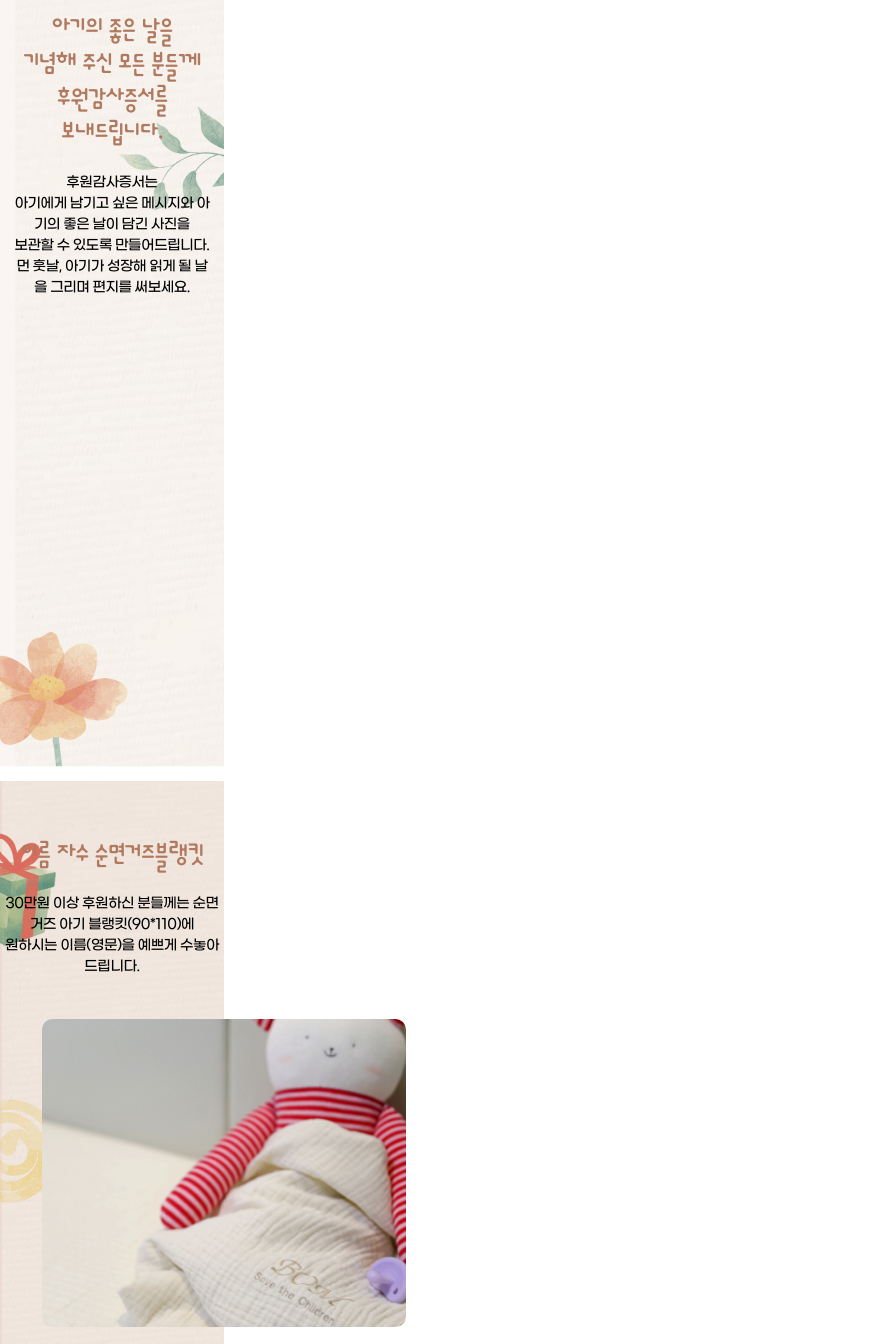
Repository: dlgywls1130/save_the_m320
Page: index.html
These files come from the project's save history. The page is drawn as it stood at one moment and after the next save; the edit follows.
The browser window is 1280 px wide. The pictures show the part of the page from y = 2024 to 3944 px (the page is 8180 px tall), at 70% of full size.

Above is the page before, as saved 2023-12-21 01:19:44.

### index.html
<!DOCTYPE html>
<html lang="en">
<head>
    <meta charset="UTF-8">
    <meta name="viewport" content="width=device-width, initial-scale=1.0">
    <title>세이브더칠드런</title>

    <link rel="stylesheet" href="./css/reset.css">
    <link rel="stylesheet" href="./css/style.css">

</head>
<body>
    <div class="content_body">
        <section class="section_wrapper section01">
            <div class="se01 se_wrapper">
                <div class="seo01_mobile_wrapp">
                    <div class="se01_sub">
                        <div class="sub_logo">
                            <img src="./img/logo01.png" alt="logo">
                        </div>
                        <p>우리 아기 좋은 날 기부</p>
                    </div>
                    <p class="seo01_title">
                        아가야,
                    </p>
                    <p class="seo01_title_two">
                        너의 <span id="rollingText">탄생</span> 순간을 축하해!
                    </p>
                </div>
                <div class="seo01_mobile_wrapp_bottom">
                    <p class="section_descript mb-45">
                        아이의 건강과 행복을
                        <br>바라는 마음을 담아,
                        <br>탄생, 백일, 첫 걸음마, 첫돌 등
                        <br>내 아이의 소중한 순간을
                        <br>기부로 기념해보세요.
                        <br>함께 자라나는 다른 아이들
                        <br>에게도 큰 축복이 됩니다..
                    </p>

                    <a class="donation_link" href="javascript:void(0)">우리 아기 좋은 날 기부</a>
                </div>

            </div>
        </section>
        <section class="section_wrapper section02">
            <div class="se02 se_wrapper">
                <div class="postit_wrapper">
                    <div class="postit postit01">
                        <p>우리 아들 우현이의<br>
                        200일을 축하해.<br>
                        <span>건강하게 자라줘서 고마워 <img src="./img/heart.png"></span>
                        늘 사랑받고 받은 사랑만큼<br>
                        베풀 수 있는 건강하고<br>
                        멋진 아들이 되길 바래!</p>
                    </div>
                    <div class="postit postit02">
                        <p>우리 새로아<Br>
                        백일 동안 무럭무럭 자라줘서<Br>
                        고마워~앞으로도 건강하고<Br>
                        우리 같이 재미있게 많이 놀자.<Br>
                        엄마,아빠가 많이 사랑해.</p>
                    </div>

                    <div class="postit postit05">
                        <p>사랑하는 도현이의<br>
                        첫 어린이날과 첫돌을<br>
                        기념하며, <br>
                        이웃을 사랑하는<br>
                        멋진 사람으로 자라길</p>

                    </div>
                    <!-- <div class="postit postit04">
                        <p>보미야<br>
                        첫 번째 생일 축하해<br>
                        너의 존재가 온 세상에<br>
                        봄이길 바랄게!   </p>
                    </div> -->

                    <!-- <div class="postit postit03">
                        <p>서진아<br>
                        우리에게 와줘서 고마워<br>
                        건강하고 행복하게 자라렴.<br>
                        사랑해♡      </p>
                    </div> -->

                </div>

            </div>
        </section>
        <section class="section_wrapper section03">
            <div class="se_wrapper se03">
                <div class="se_title_co">
                    아기의 좋은 날을<br> 기념해 주신 모든 분들께
                    <br>후원감사증서를 <br> 보내드립니다.
                </div>
                <div class="se_sub_co">
                    후원감사증서는<Br> 아기에게 남기고 싶은 메시지와 아기의 좋은 날이 담긴 사진을<br> 보관할 수 있도록
                    만들어드립니다.<br> 먼 훗날, 아기가 성장해 읽게 될 날을 그리며 편지를 써보세요.
                </div>
            </div>

        </section>
        <section class="section_wrapper section04">
            <div class="se_wrapper se04">
                <div class="se_title_co">
                    이름 자수 순면거즈블랭킷
                </div>
                <div class="se_sub_co">
                    30만원 이상 후원하신 분들께는 순면 거즈 아기 블랭킷(90*110)에
                    <Br>원하시는 이름(영문)을 예쁘게 수놓아 드립니다.
                </div>

                <div class="se04_slide mt-85">
                    <div class="se04_slide_list">
                        <img src="./img/slide03.jpg">
                    </div>
                    <div class="se04_slide_list">
                        <img src="./img/slide02.jpg">
                    </div>
                    <div class="se04_slide_list">
                        <img src="./img/slide01.jpg">
                    </div>
                </div>
            </div>
        </section>
        <section class="section_wrapper section05">
            <div class="se_wrapper se05">
                <div class="se_title_co">
                    후원신청 과정
                </div>


                <div class="se_sub_co">
                    30만원 이상 후원해 주신 경우,
                    <br>감사 선물 수령 주소 및 아기 블랭킷에 새겨질 문구 확인을 위한 문자가 발송됩니다.
                </div>

                <div class="se_step_list">
                    <div class="se_step">
                        <p class="step_number">1</p>
                        <div class="step_ico">
                            <img src="./img/icon01.png" alt="img">
                        </div>
                        <p class="step_descript">
                            후원신청하기
                        </p>
                    </div>
                    <div class="se_step">
                        <p class="step_number">2</p>
                        <div class="step_ico">
                            <img src="./img/icon02.png" alt="img">
                        </div>
                        <p class="step_descript">
                            후원감사증서
                            메시지 적기
                        </p>
                    </div>
                </div>
                <div class="se_step_list">
                    <div class="se_step">
                        <p class="step_number">3</p>
                        <div class="step_ico">
                            <img src="./img/icon03.png" alt="img">
                        </div>
                        <p class="step_descript">
                            신청완료
                        </p>
                    </div>
                    <div class="se_step">
                        <p class="step_number">4</p>
                        <div class="step_ico">
                            <img src="./img/icon04.png" alt="img">
                        </div>
                        <p class="step_descript">
                            후원감사증서 발송
                            (1주 이내)
                        </p>
                    </div>
                </div>


                <a class="donation_link" href="javascript:void(0)">우리 아기 좋은 날 기부</a>
            </div>

        </section>
        <section class="section_wrapper section06">
            <div class="se_wrapper se06">
                <div class="se_title_co">
                    후원금, 이렇게 쓰여요!
                </div>
                <div class="se_sub_co">
                    세이브더칠드런은 <Br><span>국내외 아동을 위한 교육,
                    <Br>보호, 보건영양지원,<Br> 아동권리옹호</span> 등의<Br> 활동을 해나가고 있습니다.
                </div>
                <div class="se_sub_co">
                    보내주신 후원금은<Br> 정치, 종교, 인종에 관계없이<Br> 모든 아이를 구해야 한다는
                    <Br>세이브더칠드런의 신념에 따라 <Br><span>가장 도움 필요한 아이를 위해 우선 사용</span>됩니다.
                </div>
            </div>

        </section>
        <section class="section_wrapper section07">
            <div class="se_wrapper se07">
                <div class="se_title_co">
                    FAQ
                </div>
                <div class="accordion">
                    <div class="accordion-item">
                        <h3 class="title">
                            <span>1. 30만원 이상 후원했습니다. <br>거즈 순면 블랭킷은 언제 오나요?</span>
                            <img src="./img/top.png">
                        </h3>
                        <p class="paragraph">
                            우리아기 축하기부로 30만원 이상 후원자님들께는 담요에 수놓을 아기 이름과
                            선물 수령 주소 확인을 위한 문자가 발송됩니다.
                            02-6900-4479로 발송되는 문자 속 설문조사에 답해주세요.
                            확인을 완료하신 분들께는 블랭킷 제작을 담당하고 있는 조니 스튜디오에서
                            아기 이름 자수 작업 완료 후 배송해 드립니다.

                        </p>
                    </div>
                    <div class="accordion-item">
                        <h3 class="title">
                            <span>2. 거즈 순면 블랭킷, 안전한 제품인가요?</span>
                            <img src="./img/top.png">
                        </h3>
                        <p class="paragraph">
                            본 블랭킷은 워싱된 3중 거즈로 제작되었으며, KC안전검사를 완료하였습니다.
                            소재 특성상 섬유 조각이 발생할 수 있어 망에 넣지 않고 3번 정도 물빨래 하시는 것을 권장합니다.

                        </p>
                    </div>
                    <div class="accordion-item">
                        <h3 class="title">
                            <span>3. 거즈 순면 블랭킷을 받았는 데 하자가 있어요. <Br>어떻게 해야 하나요? </span>
                            <img src="./img/top.png">
                        </h3>
                        <p class="paragraph">
                            070-4220-4123 (조니스튜디오 CS)로 전화 연락 부탁드립니다. 하자 물품에 대한 교환은 수령일로부터 7일 이내에 조니스튜디오에 연락해주셔야 하며, 이로 인한 후원금 환불은 어렵습니다.
                        </p>
                    </div>
                    <div class="accordion-item">
                        <h3 class="title">
                            <span>4. 후원감사증서에 넣을 수 있는 사진 사이즈는 <Br>얼마인가요?</span>
                            <img src="./img/top.png">
                        </h3>
                        <p class="paragraph">
                            사진 인화 사이즈 5*7 인치에 맞추어서 제작되었습니다.  그보다 작은 사진일 경우, 후원감사증서
                            내부의 주머니에 넣어 보관하실 수도  있습니다.

                        </p>
                    </div>
                </div>
            </div>

        </section>
        <section class="section_wrapper section08">
            <div class="se_wrapper se08">
                <div class="se08_postion">
                    <p class="se08_title">우리 아기 좋은 날 기부</p>
                    <p class="se08_descript">
                        탄생, 백일, 첫 걸음마, 첫돌...
                        <br>소중한 우리 아기의 성장을 기념해 보세요!
                        <br>아기의 좋은 날이 모여 세상의 행복이 됩니다.
                    </p>
                    <a href="javascript:void(0)" class="more_btn">
                        <p>자세히보기</p>
                        <svg xmlns="http://www.w3.org/2000/svg" width="16" height="16" fill="currentColor" class="bi bi-chevron-right" viewBox="0 0 16 16">
                            <path fill-rule="evenodd" d="M4.646 1.646a.5.5 0 0 1 .708 0l6 6a.5.5 0 0 1 0 .708l-6 6a.5.5 0 0 1-.708-.708L10.293 8 4.646 2.354a.5.5 0 0 1 0-.708z"/>
                        </svg>
                    </a>
                </div>

            </div>
        </section>
    </div>

    <script src="https://ajax.googleapis.com/ajax/libs/jquery/1.12.4/jquery.min.js"></script>
    <script src="./js/main.js"></script>
</body>
</html>

### css/style.css

/* root */
:root{
    --main-color:#B17A60;
    --pink-color:#F79497;
}


/* font */

/* dongle */
@font-face {
    font-family: 'Dongle';
    font-weight: 300;
    src: url('../font/Dongle-Light.ttf') format('ttf'),
    url('../font/Dongle-Light.woff') format('woff');
}

@font-face {
    font-family: 'Dongle';
    font-weight: 500;
    src: url('../font/Dongle-Regular.ttf') format('ttf'),
    url('../font/Dongle-Regular.woff') format('woff');
}

@font-face {
    font-family: 'Dongle';
    font-weight: 700;
    src: url('../font/Dongle-Bold.ttf') format('ttf'),
    url('../font/Dongle-Bold.woff') format('woff');
}


/* Gmarket */
@font-face {
    font-family: 'GmarketSans';
    font-weight: 300;
    src: url('../font/GmarketSansLight.ttf') format('ttf'),
    url('../font/GmarketSansLight.woff') format('woff');
}

@font-face {
    font-family: 'GmarketSans';
    font-weight: 500;
    src: url('../font/GmarketSansMedium.ttf') format('ttf'),
    url('../font/GmarketSansMedium.woff') format('woff');
}

@font-face {
    font-family: 'GmarketSans';
    font-weight: 700;
    src: url('../font/GmarketSansBold.ttf') format('ttf'),
    url('../font/GmarketSansBold.woff') format('woff');
}


/* nanumsqure */

@font-face {
    font-family: 'NanumSquare';
    font-weight: 400;
    src: url('../font/NanumSquareL.ttf') format('ttf'),
    url('../font/NanumSquareL.woff') format('woff');
}

@font-face {
    font-family: 'NanumSquare';
    font-weight: 500;
    src: url('../font/NanumSquareR.ttf') format('ttf'),
    url('../font/NanumSquareR.woff') format('woff');
}

@font-face {
    font-family: 'NanumSquare';
    font-weight: 600;
    src: url('../font/NanumSquareB.ttf') format('ttf'),
    url('../font/NanumSquareB.woff') format('woff');
}

@font-face {
    font-family: 'NanumSquare';
    font-weight: 700;
    src: url('../font/NanumSquareEB.ttf') format('ttf'),
    url('../font/NanumSquareEB.woff') format('woff');
}



/* scdream5 */
@font-face {
    font-family: 'SCDream5';
    src: url('../font/SCDream5.woff') format('woff'),
    url('../font/SCDream5.ttf') format('ttf'),
    url('../font/SCDream5.otf') format('otf');
}


.section_wrapper{
    max-width:320px;
    width: 100%;

}

.se_wrapper{
    max-width: 320px;
    width: 100%;
    position: relative;
    box-sizing: border-box;
}


/* section01 */


.section01{
    background: url(../img/back01.jpg) no-repeat;
    height: 1000px;
    background-size: cover;
    background-position: 86%;
}

.se01{
    padding: 60px 20px;
    box-sizing: border-box;
    height: 100%;
    position: relative;
    display: flex;
    flex-direction: column;
    justify-content: space-between;
}
.se01_sub{
    display: flex;
    align-items: center;
    margin-bottom: 30px;
    flex-direction: column;
}

.sub_logo{
    width: 125px;
    height: 40px;
    margin-right: 10px;
}

.sub_logo img{
    width: 100%;
    height: 100%;
    object-fit: contain;
}

.se01_sub p{
    width: 190px;
    height: 30px;
    background: #B17A60;
    border-radius: 15px;
    display: flex;
    align-items: center;
    justify-content: center;
    letter-spacing: -0.03em;
    font-size: 15px;
    font-weight: 700;
    font-family: 'GmarketSans',sans-serif;
    color: #fff;
}

.seo01_title{
    font-family: 'Dongle',sans-serif;
    font-weight: 500;
    font-size: 100px;
    color: var(--main-color);
    letter-spacing: -0.03em;
    text-align: center;
}

.seo01_title_two{
    font-family: 'Dongle',sans-serif;
    font-weight: 500;
    font-size: 50px;
    color: var(--main-color);
    letter-spacing: -0.03em;
    margin-top: -7%;
    margin-bottom: 50px;
    display: flex;
    align-items: center;
    white-space: nowrap;
    text-align: center;
}

.seo01_title_two span{
    margin: 0 0.5rem;
}
.section_descript{
    font-size: 15px;
    line-height: 25px;
    font-family: 'GmarketSans';
    font-weight: 500;
    letter-spacing: -0.03em;
    color: #000;
    text-align: center;
}

.donation_link{
    width: 300px;
    height: 50px;
    border-radius: 100px;
    display: flex;
    align-items: center;
    justify-content: center;
    background: var(--pink-color);
    color: #fff;
    font-family: 'GmarketSans';
    font-size: 20px;
    font-weight: 700;
    letter-spacing: -0.03em;
    text-decoration: none;
    margin: 40px auto 0;
}


@keyframes roll {
    from {
        transform: translateY(40%);
        opacity: 0;
    }
    to {
        transform: translateY(0);
        opacity: 1;
    }
  }


  #rollingText.animate-text {
    animation: roll 0.5s ease-in-out;
}

/* section02 */

.section02{
    height: 940px;
    background: url('../img/back02.jpg') no-repeat;
}

.se02{
    box-sizing: border-box;
    height: 100%;
}
.postit_wrapper{
    width: 100%;
    padding: 40px 20px;
    position: relative;
    display: flex;
    flex-direction: column;
    align-items: center;
    box-sizing: border-box;
}

.ex_text{
    font-family: 'GmarketSans';
    font-size: 20px;
    font-weight: 500;
    letter-spacing: -0.03em;
}


.postit p img{
    width: 15px;
    height: auto;
    object-fit: contain;
}
.postit p{
    font-family: 'SCDream5';
    font-size: 15px;
    line-height: 25px;
    text-align: center;
    display: flex;
    justify-content: center;
    align-items: center;
    flex-direction: column;
    height: 100%;
}

.postit01{
    background:url('../img/post04.png') no-repeat;
    width: 285px;
    height: 300px;
    background-size: contain;
    box-sizing: border-box;
}

.postit01 p{
    transform: rotate(358deg);
}

.postit02{
    background: url('../img/post05.png') no-repeat;
    width: 285px;
    height: 300px;
    background-size: contain;
    box-sizing: border-box;
    margin-top: -27%;
}

.postit02 p{
    transform: rotate(7deg);
}

.postit03{
    background:url('../img/post02.png') no-repeat;
    width: 285px;
    height: 300px;
    background-size: contain;
    box-sizing: border-box;
    margin-top: -25%;
    transform: rotate(-14deg);
}

.postit03 p{
    transform: rotate(-7deg);
}

.postit04{
    background: url(../img/post03.png) no-repeat;
    width: 285px;
    height: 300px;
    background-size: cover;
    box-sizing: border-box;
    margin-top: -24%;
    transform: rotate(14deg);
}

.postit04 p{
    transform: rotate(7deg);
}

.postit05{
    background:url('../img/post01.png') no-repeat;
    width: 285px;
    height: 300px;
    background-size: contain;
    box-sizing: border-box;
    margin-top: -22%;
}

.postit05 p{
    transform: rotate(-9deg);
}

/* section03 */

.section03{
    height: 1200px;
    background: url('../img/back03.jpg') no-repeat;
}

.se03{
    padding: 100px 20px 70px;
    box-sizing: border-box;
    height: 100%;
}


.se_title_co{
    font-size: 50px;
    line-height: 50px;
    letter-spacing: -0.03em;
    font-family: 'Dongle';
    font-weight: 500;
    color: var(--main-color);
    text-align: center;
}

.se_sub_co{
    font-size: 20px;
    letter-spacing: -0.03em;
    line-height: 30px;
    font-family: 'GmarketSans';
    font-weight: 500;
    text-align: center;
    margin-top: 30px;
}

/* section04 */

.section04{
    height: 1740px;
    background: url('../img/back04.jpg') no-repeat;
}

.se04{
    padding: 80px 0 130px;
    box-sizing: border-box;
    height: 100%;
}

.se04_slide{
    margin: 60px auto 0;
    padding: 0 60px;
}


.se04_slide_list{
    width: 520px;
    height: 440px;
    border-radius: 9px;
    margin-bottom: 25px;
}

.se04_slide_list img{
    width:100%;
height: 100%;
object-fit: cover;
border-radius: 15px;
}
/* section05 */
.section05{
    height: 1000px;
    background: url('../img/back05.jpg') no-repeat;
}

.se05{
    padding: 80px 60px 140px;
    box-sizing: border-box;
    height: 100%;
}

.se_step_list{
    display: flex;
    align-content: center;
    margin-top: 20px;
    position: relative;
    flex-wrap: wrap;
    justify-content: space-between;
}


.se_step_list .se_step{
    position: relative;
    display: flex;
    flex-direction: column;
    align-items: center;
}

.step_number{
    font-size: 25px;
    letter-spacing: -0.03em;
    line-height: 35px;
    font-weight: 700;
    font-family: 'GmarketSans';
    position: absolute;
    left: 19%;
    top: 0;
    color: var(--main-color);
    z-index: 2;
}

.se_step_list .se_step .step_ico{
    width: 200px;
    height: 200px;
    border-radius: 50%;
    background-color: #fff;
    display: flex;
    align-items: center;
    justify-content: center;
    position: relative;
    z-index: 1;
}

.se_step_list .se_step .step_ico img {
    width: 138px;
    height: 138px;
    object-fit: contain;
    object-position: 73%;
}

.step_descript{
    font-size: 20px;
    letter-spacing: -0.03em;
    line-height: 23px;
    font-weight: 500;
    font-family: 'GmarketSans';
    text-align: center;
    margin-top: 20px;
    color: var(--main-color);
}


.section05 .donation_link{
    margin: 70px auto 0;
}


/* section06 */
.section06{
    height:800px;
    background: url('../img/back06.jpg') no-repeat;
}

.se06{
    padding: 155px 0;
    height: 100%;
    box-sizing: border-box;
}


.se_sub_co span{
    font-weight: 700;
}
/* section07 */

.section07{
    height:1000px;
    background: url('../img/back07.jpg') no-repeat;
}

.se07{
    padding: 100px 0;
    height: 100%;
    box-sizing: border-box;
}


.accordion{
    margin-top: 38px;
}
.accordion-item {
    padding:15px 30px;
    margin: 0;
    overflow: hidden;
}

.accordion-item .title {
    display: flex;
    justify-content: space-between;
    align-items: center;
    font-weight: 700;
    font-size: 20px;
    line-height: 30px;
    letter-spacing: -0.03em;
    cursor: pointer;
    width: 100%;
    height: 100px;
    border-radius: 50px;
    background-color: #fff;
    color: var(--main-color);
    padding: 0 50px;
    font-family: 'GmarketSans';
    box-sizing: border-box;
    text-indent: -10px;
}

.accordion-item .title img {
    font-size: 0.9rem;
    color: #454545;
    transform: rotate(0);
    transition: transform 0.15s ease;
}

.accordion-item .paragraph {
    font-weight: 500;
    font-size: 20px;
    letter-spacing: -0.03em;
    color: #000;
    display: none;
    padding: 30px 35px 15px;
    list-style: inside;
    line-height: 30px;
    font-family: 'GmarketSans';
}

.accordion-item .paragraph .indent{
    text-indent: 1rem;
}


.accordion-item .paragraph span{
    font-weight: bold;
}

.accordion-item.active .title img{
    transform: rotate(180deg);
}

.accordion-item.active .paragraph {
    display: block;
}


/* section08 */

.section08{
    height:500px;
    background: url('../img/banner.jpg') no-repeat;
}
.se08{
    position: relative;
    height: 100%;
}

.se08_postion{
    display: flex;
    align-items: center;
    justify-content: center;
    flex-direction: column;
    height: 100%;
}

.se08_title{
    font-family: 'NanumSquare';
    font-weight: 600;
    font-size: 30px;
    letter-spacing: -0.05em;
    line-height: 50px;
    position: relative;
    text-align: center;
    margin-bottom: 30px;
}



.se08_descript{
    font-family: 'NanumSquare';
    font-weight: 500;
    font-size: 20px;
    line-height: 30px;
    letter-spacing: -0.05em;
    text-align: center;
}

.more_btn{
    margin-top: 38px;
    width: 150px;
    height: 40px;
    background: #543F2C;
    display: flex;
    align-items: center;
    justify-content: center;
    text-decoration: none;
}

.more_btn p{
    font-family: 'NanumSquare';
    font-weight: 500;
    font-size: 18px;
    color: #fff;

}

.more_btn svg{
    fill: #fff;
}

Loaded but not shown: js/main.js (46 lines, source omitted); css/reset.css (45 lines, source omitted)

After the next save:
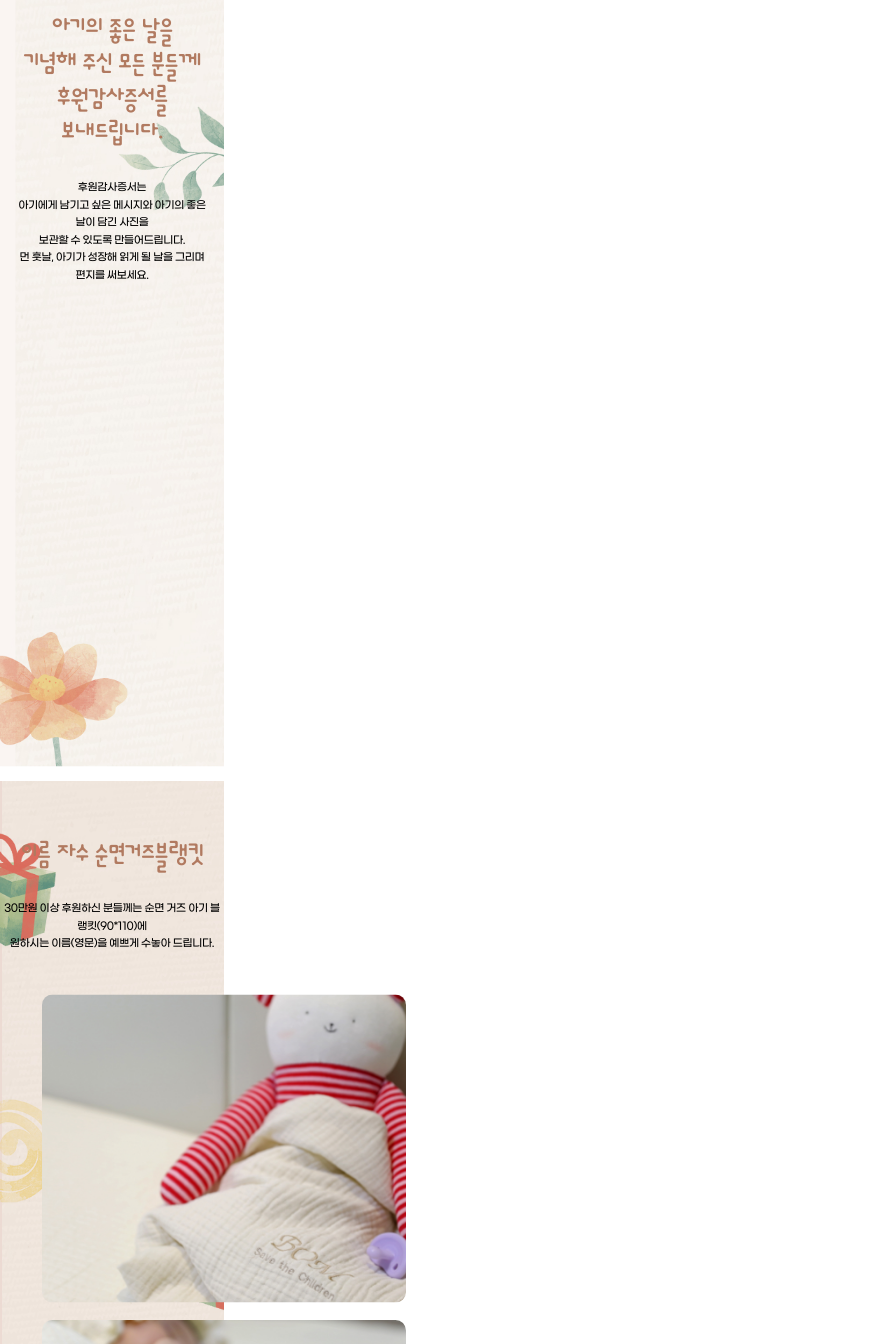
Saved 37 s later.
--- a/css/style.css
+++ b/css/style.css
@@ -369,13 +369,13 @@
 }
 
 .se_sub_co{
-    font-size: 20px;
-    letter-spacing: -0.03em;
-    line-height: 30px;
-    font-family: 'GmarketSans';
-    font-weight: 500;
-    text-align: center;
-    margin-top: 30px;
+    font-size: 15px;
+    letter-spacing: -0.03em;
+    line-height: 25px;
+    font-family: 'GmarketSans';
+    font-weight: 500;
+    text-align: center;
+    margin-top: 40px;
 }
 
 /* section04 */
